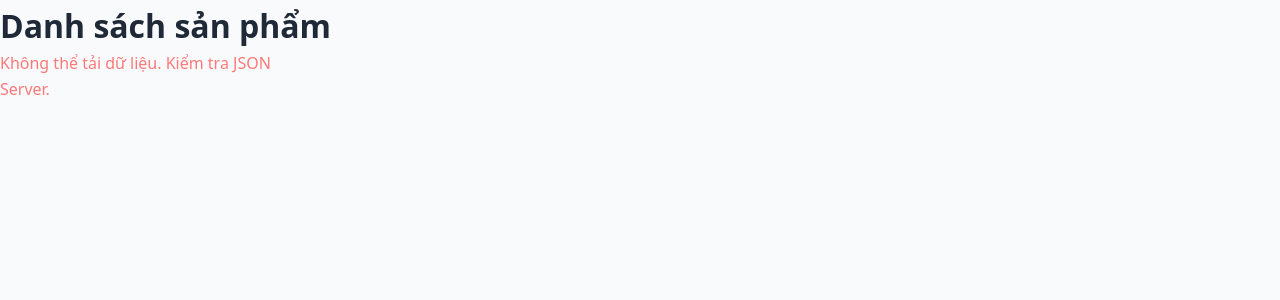
Repository: binhphanbp/WEB2064_JavaScript-Advanced_WD20305
Page: lesson/lesson6/project-cuongle/products.html
These files come from the project's save history. The page is drawn as it stood at one moment and after the next save; the edit follows.
The browser window is 1280 px wide. The pictures show the whole page.
The page's requests for data from a server got no answer.

Above is the page before, as saved 2025-09-29 15:05:37.

After the next save:
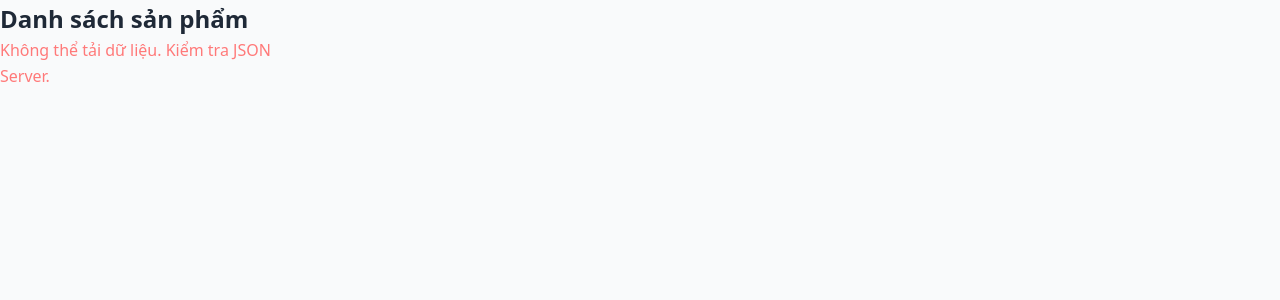
Saved 25 s later.
--- a/lesson/lesson6/project-cuongle/products.html
+++ b/lesson/lesson6/project-cuongle/products.html
@@ -7,7 +7,7 @@
     <link rel="stylesheet" href="style.css" />
   </head>
   <body>
-    <h1>Danh sách sản phẩm</h1>
+    <h2>Danh sách sản phẩm</h2>
     <section id="all-products" class="grid grid-4"></section>
 
     <script src="main.js" type="module"></script>
